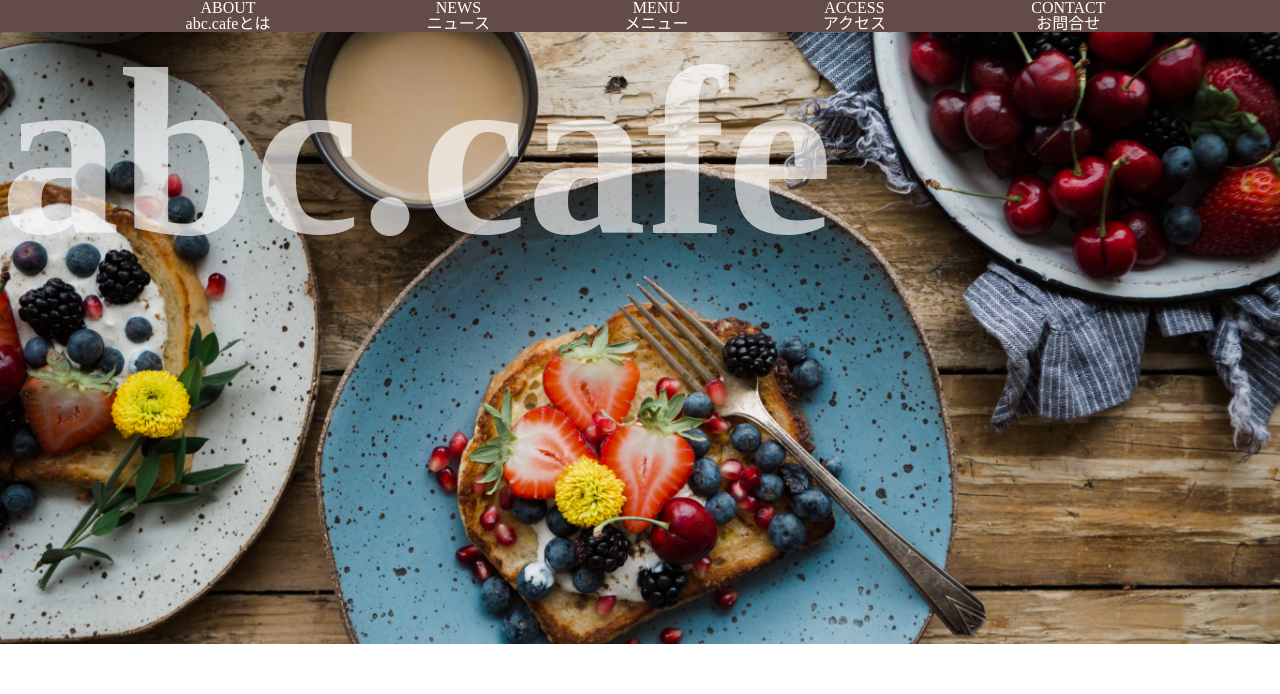
Repository: nozomi-23/lp1_test
Page: index.html
The author's editor kept a copy of each file at every save. The page is drawn from the files as they stood at one save, then again after a run of saves.
The browser window is 1280 px wide. The pictures show the whole page.

Above is the page before, as saved 2022-06-07 22:50:59.

After the next 2 saves:
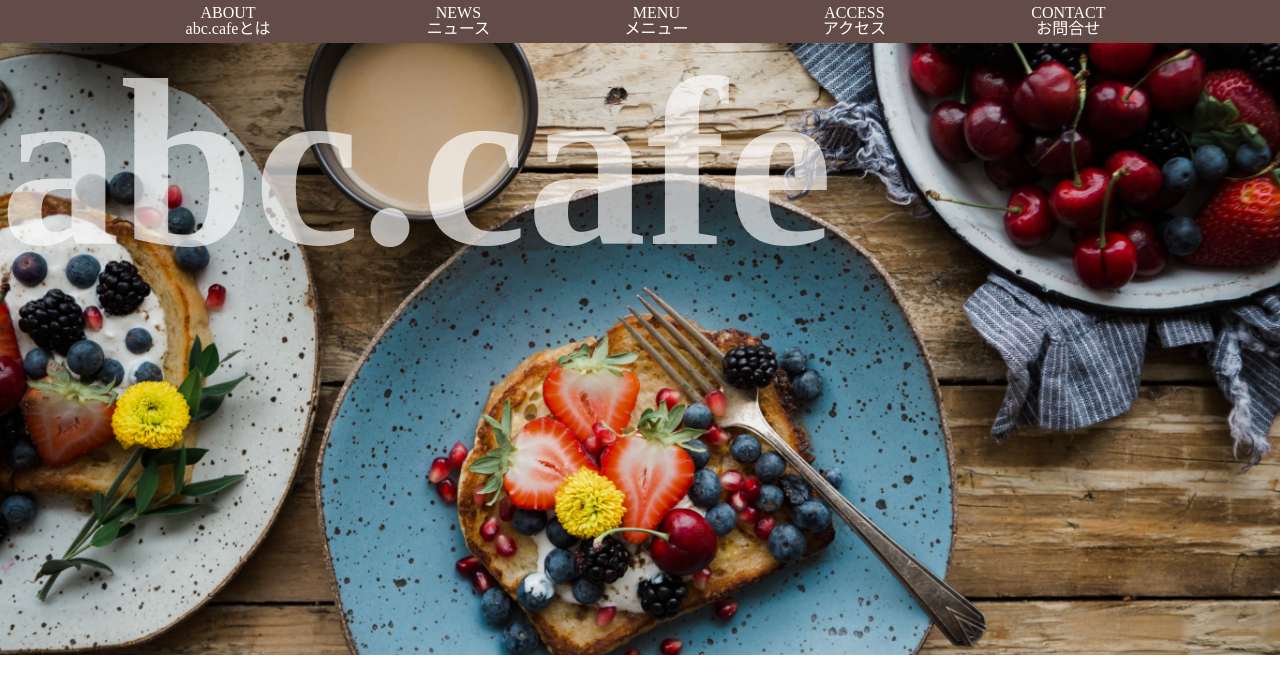
The 2 saves are shown as one change because they came seconds apart.
The last was saved 6 s later.
--- a/css/common.css
+++ b/css/common.css
@@ -38,7 +38,7 @@
 .header_nav ul li a {
   display: inline-block;
   color: #fff;
-  padding: ;
+  padding: 2% 0;
 }
 .header_nav ul li a:hover {
   opacity: 0.5;
